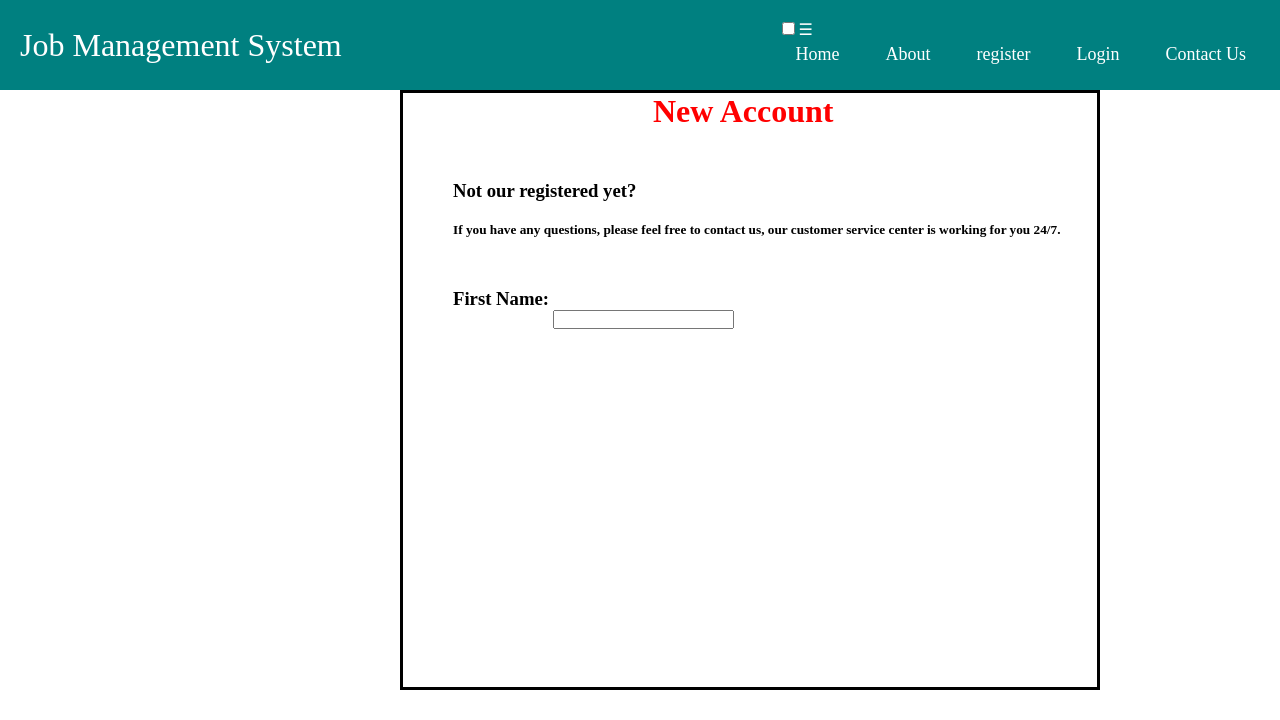
Repository: PrinceKumawat1109/JFSD
Page: http://localhost/Job-management/employeeregister.jsp
These files come from the project's save history. The page is drawn as it stood at one moment and after the next save; the edit follows.
The browser window is 1280 px wide. The pictures show the whole page.
The page is served by Tomcat 9. Other server files are loaded and not shown.

Above is the page before, as saved 2022-10-29 18:53:06.

### Job-management/src/main/webapp/employeeregister.jsp
<%@ page language="java" contentType="text/html; charset=UTF-8"
    pageEncoding="UTF-8"%>
<!DOCTYPE html>
<html>
<head>
<meta charset="UTF-8">
<title>Employee-Register</title>
<style>
.card{
height: 600px;
width: 700px;
border-style: solid;
margin-left: 400px;
}

</style>
</head>
<body>
	<jsp:include page="navbar.jsp" />

	<div class="card">
	<h1 style=" color: red; margin-left: 250px;">New Account</h1>
	<h3 style="margin-left: 50px; margin-top: 50px;">Not our registered yet?</h3>
	<h5 style="margin-left: 50px; margin-top: 20px;">If you have any questions, please feel free to contact us, our customer service center is working for you 24/7.</h5>
	<h3 style="margin-left: 50px; margin-top: 50px;">First Name:</h3>
	<input style="margin-left: 150px; margin-bottom: 50px;" type="box">

	</div>
</body>















<script type="text/javascript">
function save()
{
	var xhtml = new XMLHttpRequest();
	var url = "http://localhost:8080/api/register/";
	xhtml.open("POST", url, true);
	xhtml.setRequestHeader('Content-Type','application/json');

	var t1 = document.getElementById("t1");
	var t2 = document.getElementById("t2");
	var t3 = document.getElementById("t3");
	var t4 = document.getElementById("t4");
	var t5 = document.getElementById("t5");
	var t6 = document.getElementById("t6");
	var lbl = document.getElementById("lbl");

	xhtml.send(JSON.stringify({
		username : t1.value,
		fname : t2.value,
		lname : t3.value,
		email : t4.value,
		pwd : t5.value,
		gender : t6.value
	}));

	xhtml.onreadystatechange = function()
	{
		if(this.readyState == 4 && this.status == 200)
			lbl.innerText = "Data Inserted Successfully...!";
			window.location="http://localhost:8080/employeelogin.jsp";

	};
}
</script>
</html>

### Job-management/src/main/webapp/navbar.jsp
<!DOCTYPE html>
<html lang="en">
 <head>
   <meta charset="UTF-8" />
   <meta http-equiv="X-UA-Compatible" content="IE=edge" />
   <meta name="viewport" content="width=device-width, initial-scale=1.0" />
   <style>

    /* UTILITIES */
* {
 margin: 0;
 padding: 0;
 box-sizing: border-box;
}
body {
 font-family: cursive;
}
a {
 text-decoration: none;
}
li {
 list-style: none;
}

/* NAVBAR STYLING STARTS */
.navbar {
 display: flex;
 align-items: center;
 justify-content: space-between;
 padding: 20px;
 background-color: teal;
 color: #fff;
}
.nav-links a {
 color: #fff;
}
/* LOGO */
.logo {
 font-size: 32px;
}
/* NAVBAR MENU */
.menu {
 display: flex;
 gap: 1em;
 font-size: 18px;
}
.menu li:hover {
 background-color: #4c9e9e;
 border-radius: 5px;
 transition: 0.3s ease;
}
.menu li {
 padding: 5px 14px;
}
/* DROPDOWN MENU */
.services {
 position: relative;
}
.dropdown {
 background-color: rgb(1, 139, 139);
 padding: 1em 0;
 position: absolute; /*WITH RESPECT TO PARENT*/
 display: none;
 border-radius: 8px;
 top: 35px;
}
.dropdown li + li {
 margin-top: 10px;
}
.dropdown li {
 padding: 0.5em 1em;
 width: 8em;
 text-align: center;
}
.dropdown li:hover {
 background-color: #4c9e9e;
}
.services:hover .dropdown {
 display: block;
}
   </style>
   <title>Document</title>
 </head>
 <body>
   <nav class="navbar">
     <!-- LOGO -->
     <div class="logo">Job Management System</div>
     <!-- NAVIGATION MENU -->
     <ul class="nav-links">
       <!-- USING CHECKBOX HACK -->
       <input type="checkbox" id="checkbox_toggle" />
       <label for="checkbox_toggle" class="hamburger">&#9776;</label>
       <!-- NAVIGATION MENUS -->
       <div class="menu">
         <li><a href="home.jsp">Home</a></li>
         <li><a href="/">About</a></li>
         <li class="services">
           <a href="/">register</a>
           <!-- DROPDOWN MENU -->
           <ul class="dropdown">
             <li><a href="employeeregister.jsp">Employee </a></li>
             <li><a href="employerregister.jsp">Employers</a></li>
           </ul>
         </li>
         <li class="services">
           <a href="/">Login</a>
           <!-- DROPDOWN MENU -->
           <ul class="dropdown">
             <li><a href="employeelogin.jsp">Employee login </a></li>
             <li><a href="employerlogin.jsp">Employers login</a></li>
           </ul>
         </li>
         <li><a href="contact.jsp">Contact Us</a></li>
       </div>
     </ul>
   </nav>
 </body>
</html>

After the next save:
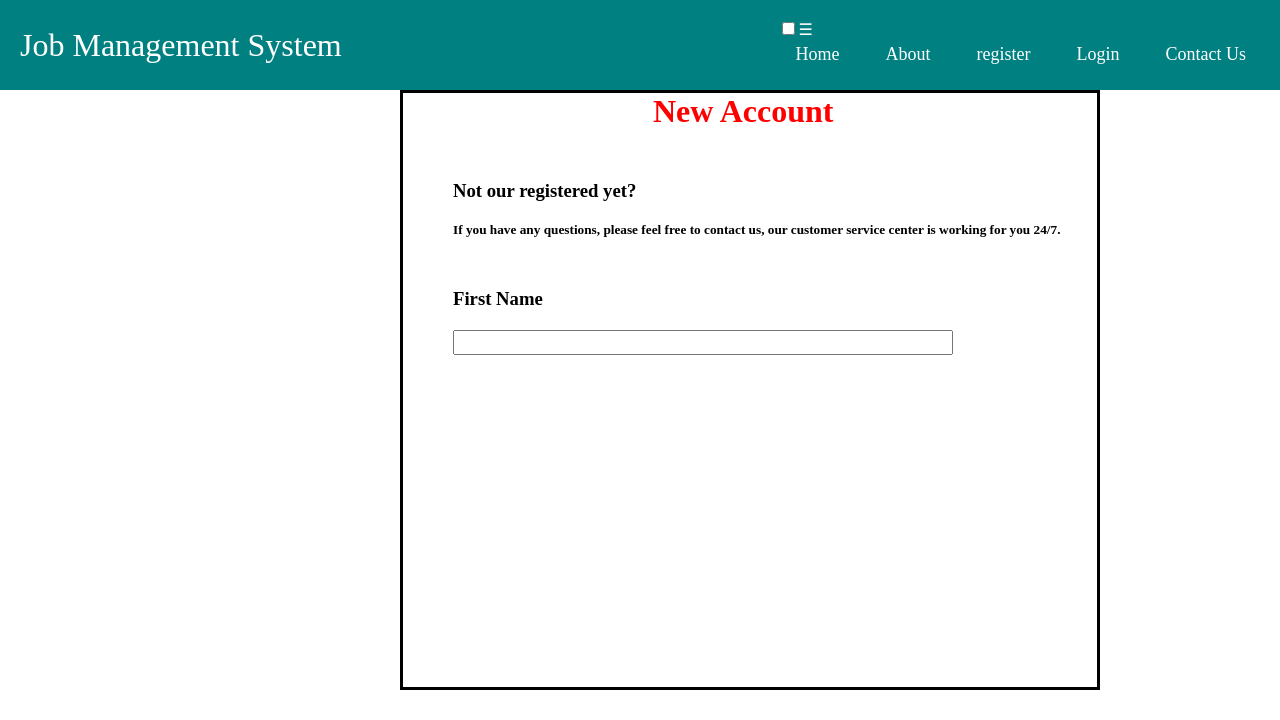
Saved 35 s later.
--- a/Job-management/src/main/webapp/employeeregister.jsp
+++ b/Job-management/src/main/webapp/employeeregister.jsp
@@ -22,8 +22,8 @@ margin-left: 400px;
 	<h1 style=" color: red; margin-left: 250px;">New Account</h1>
 	<h3 style="margin-left: 50px; margin-top: 50px;">Not our registered yet?</h3>
 	<h5 style="margin-left: 50px; margin-top: 20px;">If you have any questions, please feel free to contact us, our customer service center is working for you 24/7.</h5>
-	<h3 style="margin-left: 50px; margin-top: 50px;">First Name:</h3>
-	<input style="margin-left: 150px; margin-bottom: 50px;" type="box">
+	<h3 style="margin-left: 50px; margin-top: 50px;">First Name</h3>
+	<input style="margin-left: 50px; margin-top: 20px; height: 25px; width: 500px;" type="box">
 
 	</div>
 </body>
